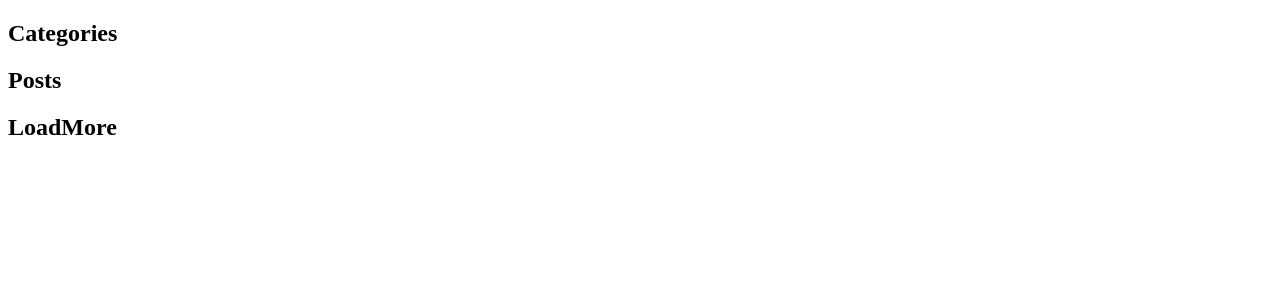
Repository: YUKIKAZE-nanoda/shigure_grafbase
Page: /
An editor plug-in stored every save of this project. The page is shown before and after a run of saves, followed by the edit.
The browser window is 1280 px wide. The pictures show the whole page.
The project was rebuilt for these pictures with package versions that can differ from the ones it lists, and the page was loaded fresh each time. The framework's server and built-in components were replaced by stand-ins that run in the browser. Also part of the build but not shown: next.config.js.

Above is the page before, as saved 2023-07-15 10:21:14.

### app/layout.tsx
export const metadata = {
  title: 'Flexibble',
  description: 'Showcase of flexbox layouts',
}

export default function RootLayout({
  children,
}: {
  children: React.ReactNode
}) {
  return (
    <html lang="en">
      <body>{children}</body>
    </html>
  )
}

### app/page.tsx
const Home = () => {
    return (

        <section className="flex-start flex-col paddings mb-16">
            <h1>Categories</h1>
            <h1>Posts</h1>
            <h1>LoadMore</h1>
        </section>

    )
}

export default Home;

After the next 4 saves:
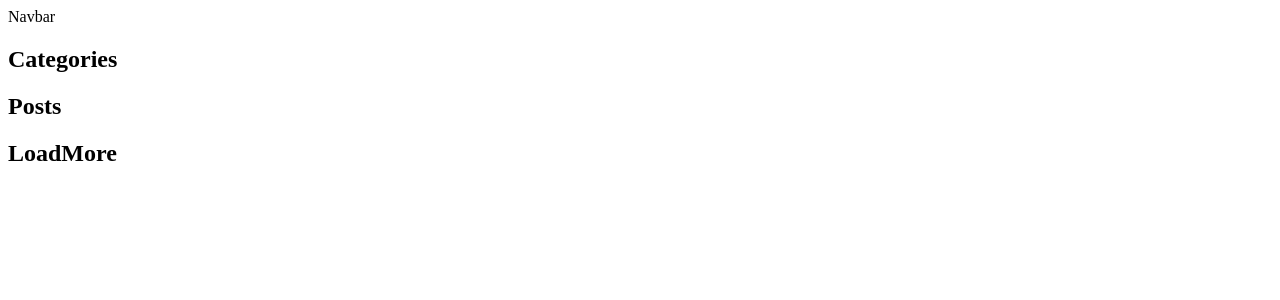
The 4 saves are shown as one change because they came seconds apart.
The last was saved 42 s later.
--- a/app/layout.tsx
+++ b/app/layout.tsx
@@ -10,7 +10,9 @@ export default function RootLayout({
 }) {
   return (
     <html lang="en">
-      <body>{children}</body>
+      <body>
+        Navbar
+        {children}</body>
     </html>
   )
 }
